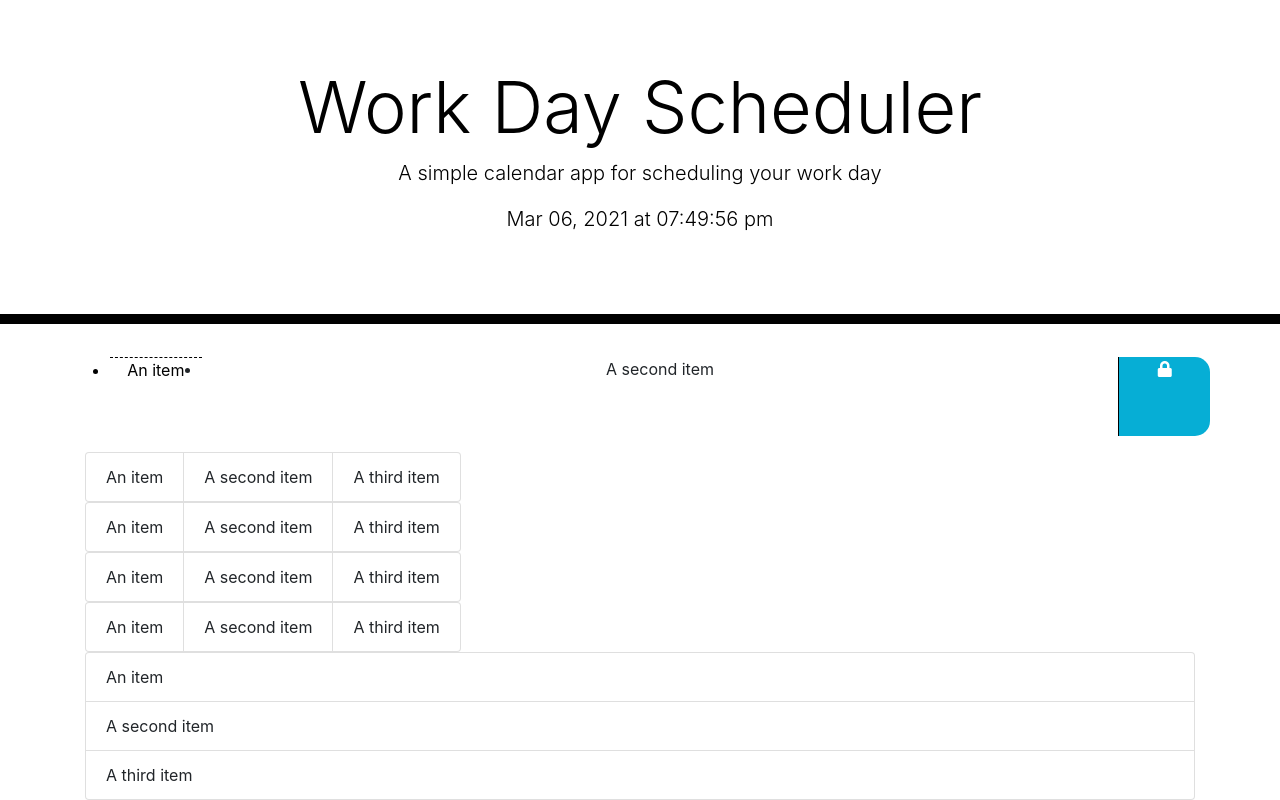
Repository: ziffoit/Work-Day_Scheduler
Page: Develop/index.html
The author's editor kept a copy of each file at every save. The page is drawn from the files as they stood at one save, then again after the next save.
The browser window is 1280 px wide. The pictures show the whole page.
Some web libraries are served in a nearby version.

Above is the page before, as saved 2021-03-17 18:39:44.

After the next save:
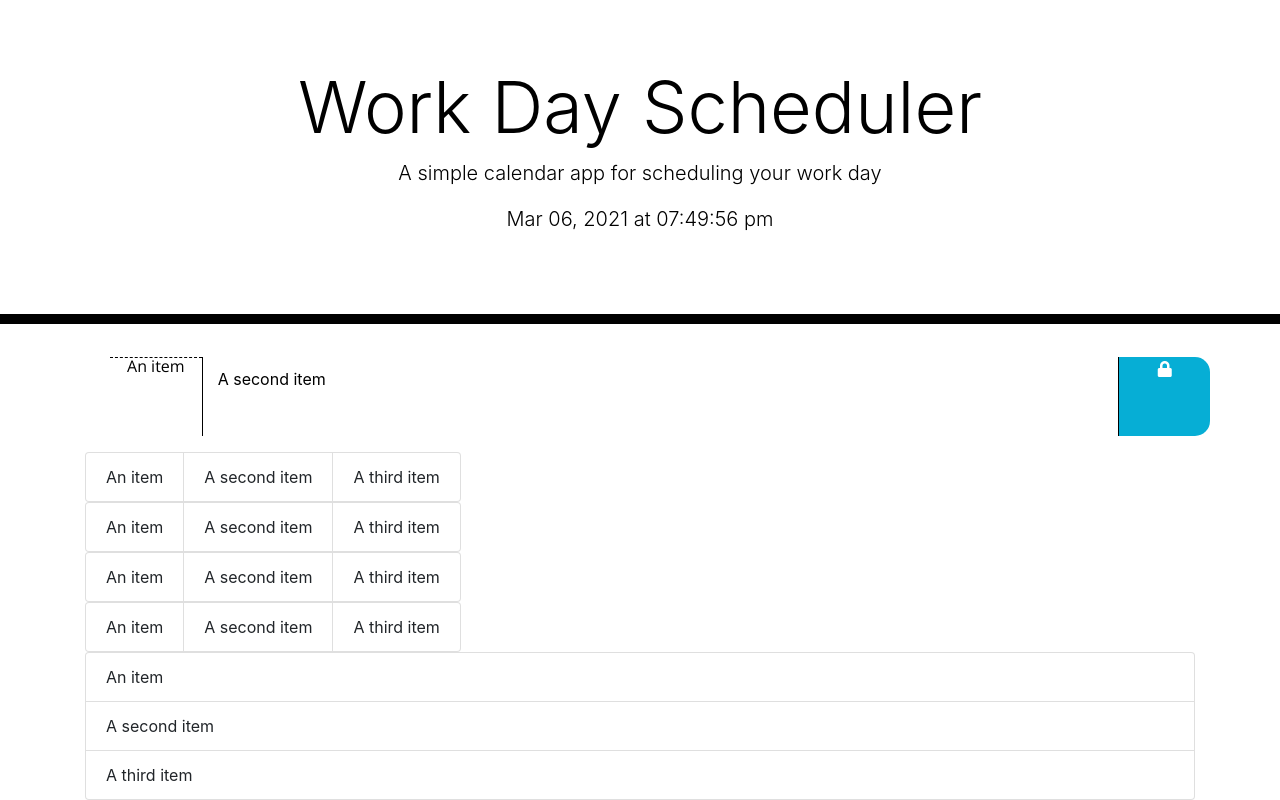
Saved 14 min 14 s later.
--- a/Develop/index.html
+++ b/Develop/index.html
@@ -30,8 +30,8 @@
     </header>
     <div class="container">
       <ul class="row time-block">
-        <li class="col-1 hour">An item</li>
-        <li class="col-10 description">A second item</li>
+        <hourbody class="col-1 hour">An item</hourbody>
+        <textarea class="col-10 description">A second item</textarea>
         <li class="col-1 saveBtn"><i class="fas fa-lock"></i></li>
       </ul>
       <ul class="list-group list-group-horizontal-sm">
